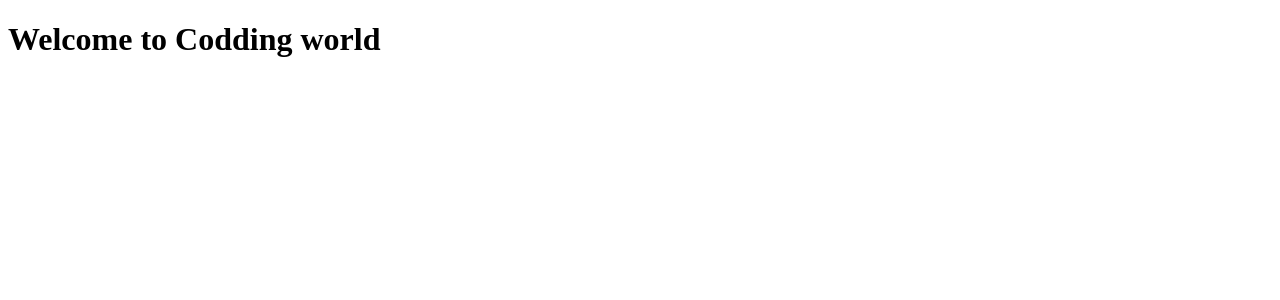
Repository: Ramjangori/Spring_Boot
Page: SpringDataJpaThymeLeafEx01/src/main/resources/static/index.html
The author's editor kept a copy of each file at every save. The page is drawn from the files as they stood at one save, then again after the next save.
The browser window is 1280 px wide. The pictures show the whole page.

Above is the page before, as saved 2026-05-06 04:53:18.

### SpringDataJpaThymeLeafEx01/src/main/resources/static/index.html
<!DOCTYPE html>
<html lang="en">
<head>
    <meta charset="UTF-8">
    <meta name="viewport" content="width=device-width, initial-scale=1.0">
    <title>Thymeleaf Exercixe </title>
</head>
<body>

    <h1>Welcome to Codding world </h1>

</body>
</html>

After the next save:
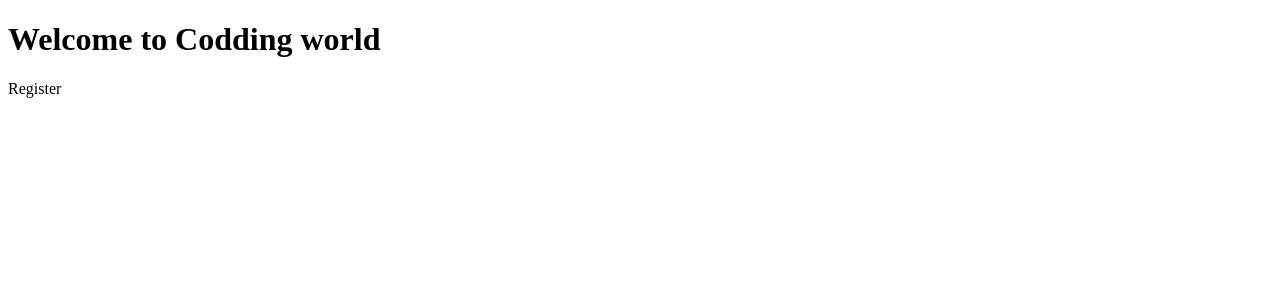
Saved 46 s later.
--- a/SpringDataJpaThymeLeafEx01/src/main/resources/static/index.html
+++ b/SpringDataJpaThymeLeafEx01/src/main/resources/static/index.html
@@ -5,9 +5,11 @@
     <meta name="viewport" content="width=device-width, initial-scale=1.0">
     <title>Thymeleaf Exercixe </title>
 </head>
-<body>
+<linkbody>
 
     <h1>Welcome to Codding world </h1>
+	<link href="RegPage"> Register </link>
+
 
 </body>
 </html>
